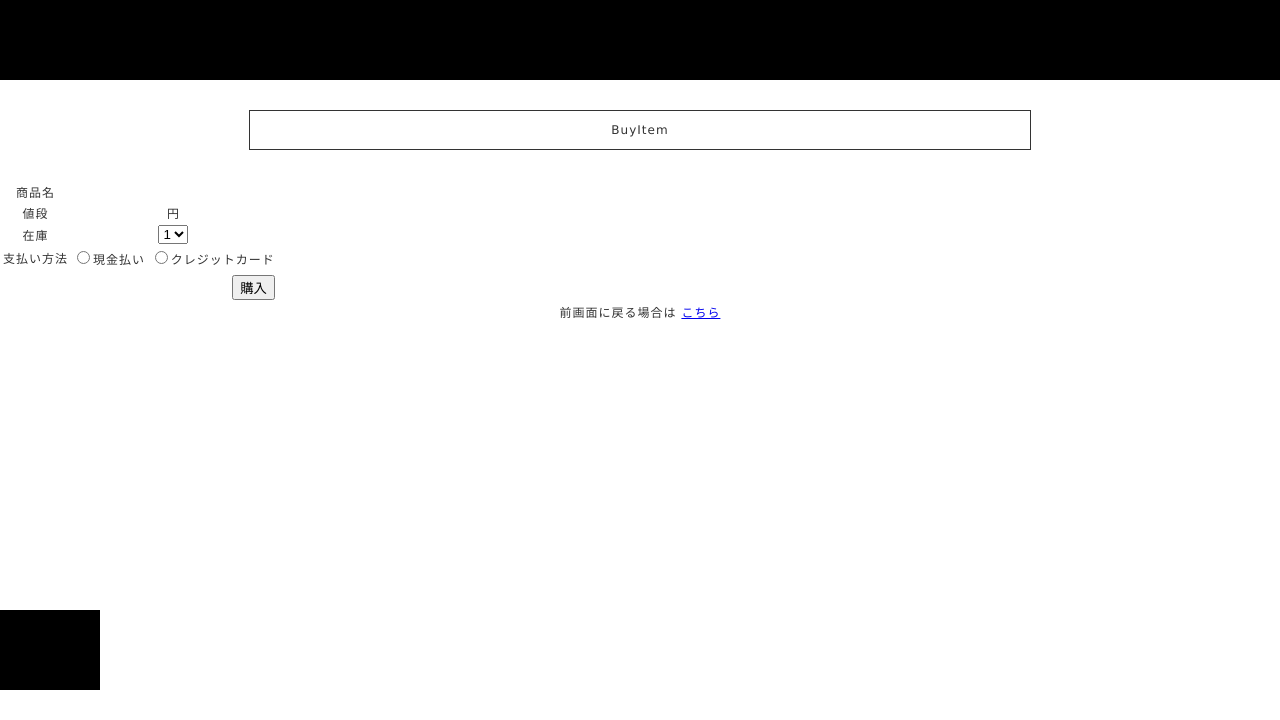
Repository: Wildbird-Yachou/test
Page: http://localhost/template/buyItem.jsp
These files come from the project's save history. The page is drawn as it stood at one moment and after the next save; the edit follows.
The browser window is 1280 px wide. The pictures show the whole page.
The page is served by Tomcat 9. Other server files are loaded and not shown.

Above is the page before, as saved 2018-09-05 11:54:06.

### template/WebContent/buyItem.jsp
<%@ page language="java" contentType="text/html; charset=UTF-8"
    pageEncoding="UTF-8"%>
<%@ taglib prefix="s" uri="/struts-tags" %>
<!DOCTYPE html PUBLIC "-//W3C//DTD HTML 4.01 Transitional//EN" "http://www.w3.org/TR/html4/loose.dtd">
<html>
<head>
<meta http-equiv="Content-Type" content="text/html; charset=UTF-8">
<meta http-equiv="Content-Style-Type" content="text/css" />
<meta http-equiv="Content-Script-Type" content="text/javascript" />
<meta http-equiv="imagetoolbar" content="no" />
<meta name="description" content="" />
<meta name="keywords" content="" />
<title>buyItem画面</title>

<style type="text/css">

body{
margin:0;
padding:0;
line-height:1,6;
letter-spacing:1px;
font-family:Verdana,Helvetica,sans-selif;
font-size:12px;
color:#333;
background:#fff;
}

teble{
text-align:center;
margin:0 auto;
}

#top{
width:780px;
margin:30px auto;
border:1px solid #333;
}

#header{
width:100%;
height:80px;
background-color:black;
}

#main{
width:100%;
height:500px;
text-align:center;
}

#footer{
width:100px;
height:80px;
background-color:black;
clear:both;
}
</style>
</head>
<body>
 <div id="header">
  <div id="pr">
  </div>
 </div>
 <div id="main">
  <div id="top">
   <p>BuyItem</p>
  </div>
  <div>
  <s:form action="BuyItemAction">
   <table>
    <tr>
     <td>
      <span>商品名</span>
     </td>
     <td>
      <s:property value="session.buyItem_name" />
     </td>
    </tr>
    <tr>
     <td>
      <span>値段</span>
     </td>
     <td>
      <s:property value="session.buyItem_price" />
       <span>円</span>
     </td>
    </tr>
    <tr>
     <td>
      <span>在庫</span>
     </td>
     <td>
      <select name="stock">
      <option value="1" selected="selected">1</option>
       <option value="2">2</option>
       <option value="3">3</option>
       <option value="4">4</option>
       <option value="5">5</option>
      </select>
     </td>
    </tr>
    <tr>
     <td>
      <span>支払い方法</span>
     </td>
     <td>
      <input type="radio" name="pay" value="1" chacked="checked">現金払い
      <input type="radio" name="pay" value="2">クレジットカード
     </td>
    </tr>
    <tr>
     <td>
      <s:submit value="購入" />
     </td>
    </tr>
   </table>
  </s:form>
  <div>
   <span>前画面に戻る場合は</span>
   <a href='<s:url action="HomeAction" />'>こちら</a>
  </div>
 </div>
</div>
<div id="footer">
 <div id="pr">
 </div>
</div>


</body>
</html>

After the next save:
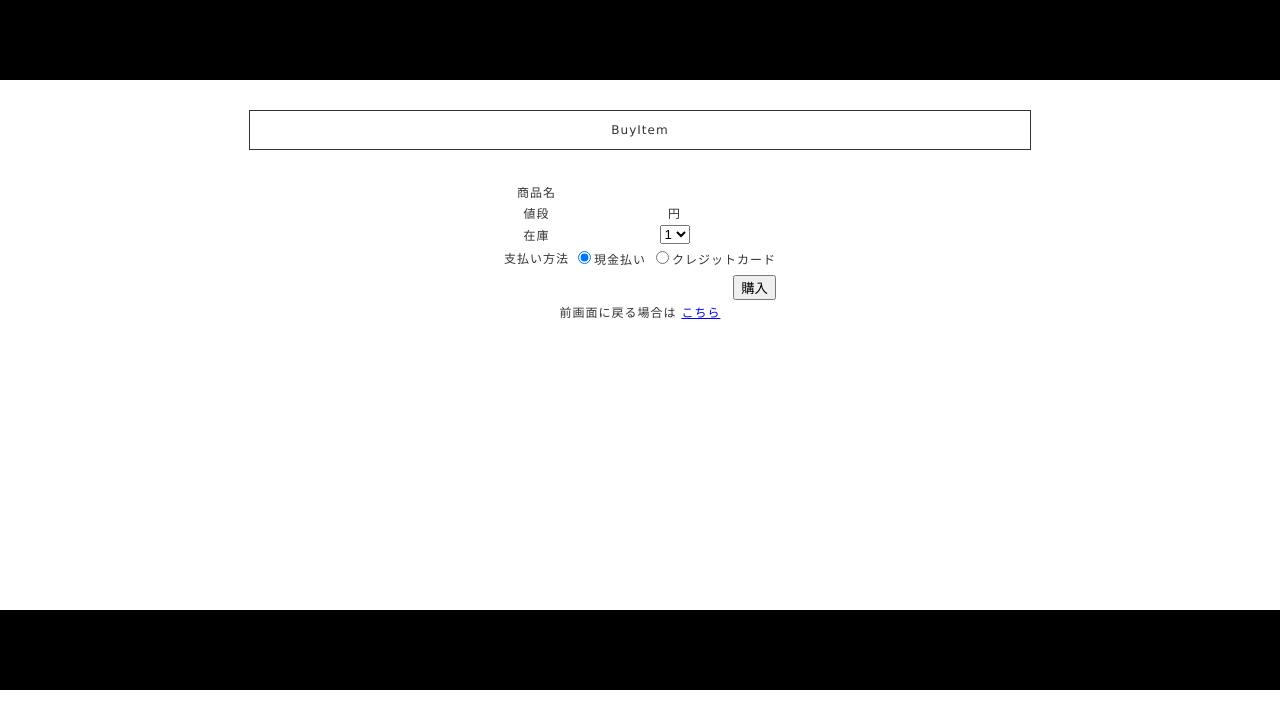
Saved 111 s later.
--- a/template/WebContent/buyItem.jsp
+++ b/template/WebContent/buyItem.jsp
@@ -19,13 +19,13 @@
 padding:0;
 line-height:1,6;
 letter-spacing:1px;
-font-family:Verdana,Helvetica,sans-selif;
+font-family:Verdana,Helvetica,sans-serif;
 font-size:12px;
 color:#333;
 background:#fff;
 }
 
-teble{
+table{
 text-align:center;
 margin:0 auto;
 }
@@ -49,7 +49,7 @@
 }
 
 #footer{
-width:100px;
+width:100%;
 height:80px;
 background-color:black;
 clear:both;
@@ -104,7 +104,7 @@
       <span>支払い方法</span>
      </td>
      <td>
-      <input type="radio" name="pay" value="1" chacked="checked">現金払い
+      <input type="radio" name="pay" value="1" checked="checked">現金払い
       <input type="radio" name="pay" value="2">クレジットカード
      </td>
     </tr>
